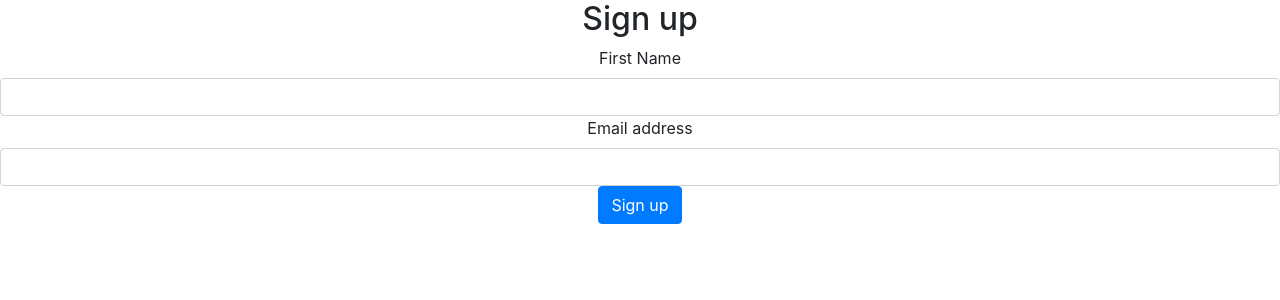
Repository: jklodge/react-form
Page: / (app in adzuna-form/)
The author's editor kept a copy of each file at every save. The page is drawn from the files as they stood at one save, then again after the next save.
The browser window is 1280 px wide. The pictures show the whole page.
The project was rebuilt for these pictures with package versions that can differ from the ones it lists, and the page was loaded fresh each time.

Above is the page before, as saved 2020-01-08 21:58:43.

### adzuna-form/src/App.js
import React from "react";
import "bootstrap/dist/css/bootstrap.css";
// import "bootstrap/dist/css/bootstrap-theme.css";
import "./App.css";
import Form from "./Components/Form.js";

function App() {
  return (
    <div className="App">
      <main>
        <Form />
      </main>
    </div>
  );
}

export default App;

### adzuna-form/src/Components/Form.js
import React, { Component } from "react";
import { ErrorValidation } from "./ErrorValidation";
// import "./Form.css";
class Form extends Component {
  state = {
    email: "",
    name: "",
    errorValidation: { email: "", name: "" },
    emailValid: false,
    nameValid: false,
    formValid: false
  };

  handleChange = e => {
    const name = e.target.name;
    const value = e.target.value;
    this.setState({ [name]: value }, () => {
      this.validateField(name, value);
    });
    console.log(this.state);
  };

  validateField(fieldName, value) {
    let fieldValidationErrors = this.state.errorValidation;
    let emailValid = this.state.emailValid;
    let passwordValid = this.state.passwordValid;

    switch (fieldName) {
      case "email":
        emailValid = value.match(/^([\w.%+-]+)@([\w-]+\.)+([\w]{2,})$/i);
        fieldValidationErrors.email = emailValid ? "" : " is invalid";
        break;
      case "password":
        passwordValid = value.length >= 6;
        fieldValidationErrors.password = passwordValid ? "" : " is too short";
        break;
      default:
        break;
    }
    this.setState(
      {
        formErrors: fieldValidationErrors,
        emailValid: emailValid,
        passwordValid: passwordValid
      },
      this.validateForm
    );
  }

  validateForm() {
    this.setState({
      formValid: this.state.emailValid && this.state.passwordValid
    });
  }

  render() {
    return (
      <div className="adzuna-form">
        <form className="formContainer">
          <h2>Sign up</h2>
          <div className="form">
            <label htmlFor="text">First Name</label>
            <input
              type="text"
              className="form-control"
              name="name"
              value={this.state.email}
              onChange={e => this.handleChange(e)}
              required
            />
          </div>
          <div className="form">
            <label htmlFor="email">Email address</label>
            <input
              type="email"
              className="form-control"
              name="email"
              value={this.state.name}
              onChange={e => this.handleChange(e)}
              required
            />
          </div>
          <button type="submit" className="btn btn-primary">
            Sign up
          </button>
        </form>
        <div className="panel panel-default">
          <ErrorValidation errorValidation={this.state.errorValidation} />
        </div>
      </div>
    );
  }
}
export default Form;

### adzuna-form/src/Components/ErrorValidation.js
import React from "react";
export const ErrorValidation = ({ errorValidation }) => (
  <div className="formErrors">
    {Object.keys(errorValidation).map((fieldName, i) => {
      if (errorValidation[fieldName].length > 0) {
        return (
          <p key={i}>
            {fieldName} {errorValidation[fieldName]}
          </p>
        );
      } else {
        return "";
      }
    })}
  </div>
);

Loaded but not shown: adzuna-form/public/index.html (common file); adzuna-form/src/index.js (common file); adzuna-form/src/index.css (common file); adzuna-form/src/serviceWorker.js (common file); adzuna-form/src/App.css (common file)

After the next save:
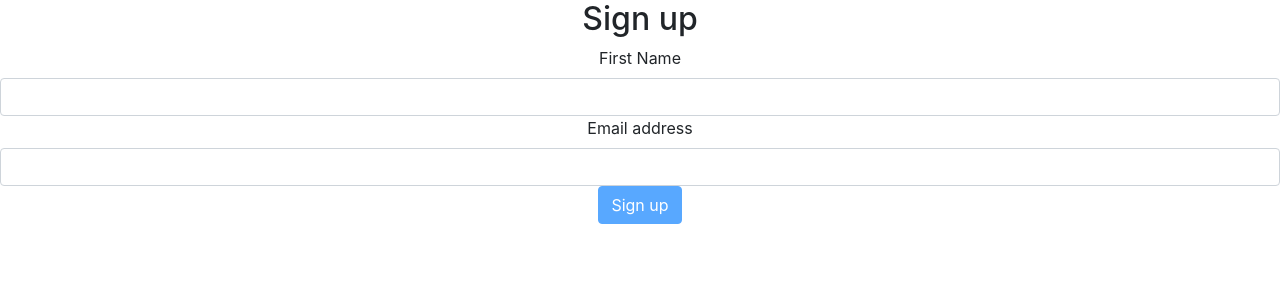
Saved 3 min 6 s later.
--- a/adzuna-form/src/Components/Form.js
+++ b/adzuna-form/src/Components/Form.js
@@ -80,7 +80,11 @@ class Form extends Component {
               required
             />
           </div>
-          <button type="submit" className="btn btn-primary">
+          <button
+            type="submit"
+            className="btn btn-primary"
+            disabled={!this.state.formValid}
+          >
             Sign up
           </button>
         </form>
